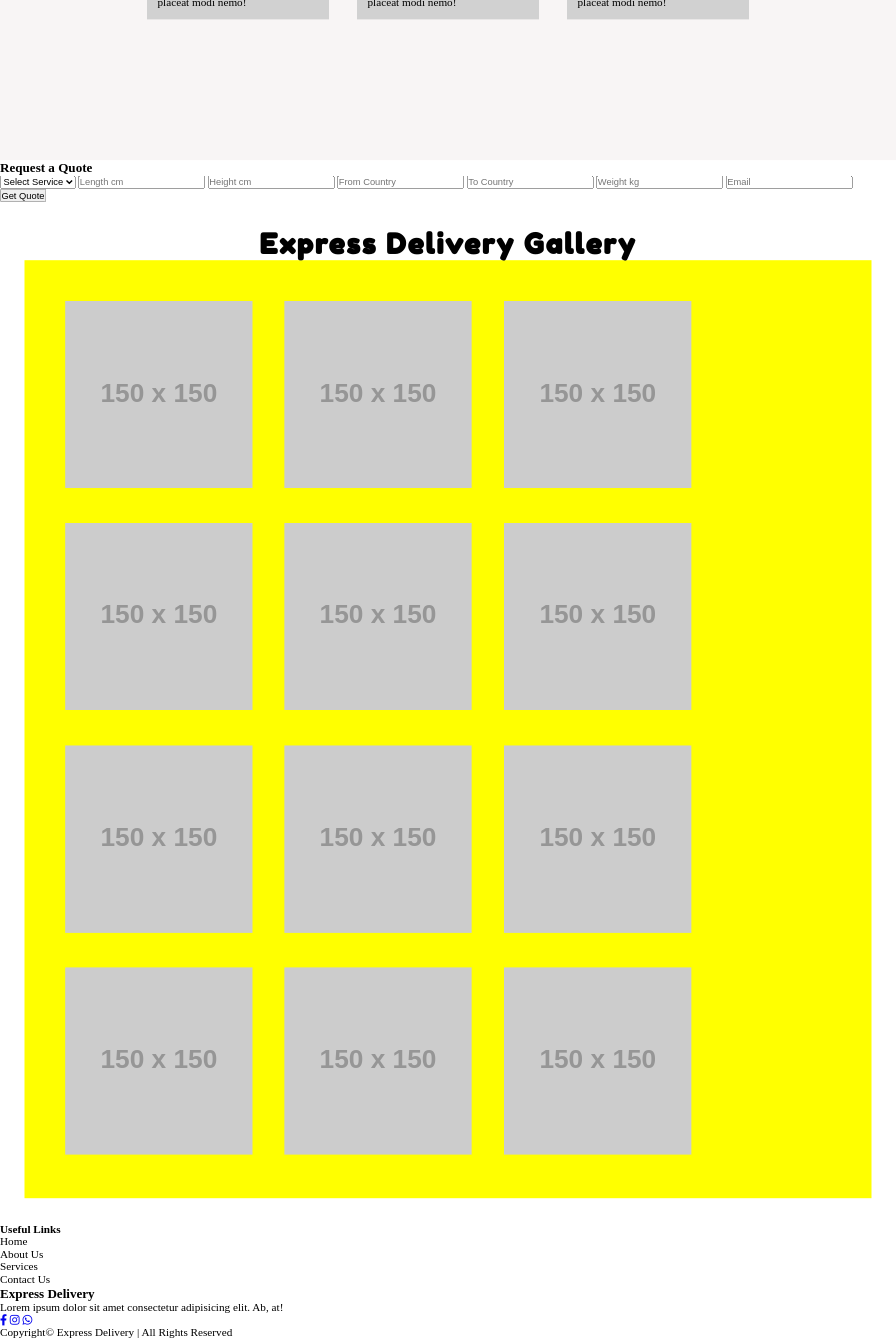
Repository: just-mann/express-delivery
Page: index.html
An editor plug-in stored every save of this project. The page is shown before and after the next save, followed by the edit.
The browser window is 1280 px wide. The pictures show the part of the page from y = 1214 to 3134 px (the page is 3127 px tall before and 3134 px after), at 70% of full size.
The style sheet was rebuilt from its Sass, Less or Tailwind sources for each picture, by a compiler version that may differ from the author's.

Above is the page before, as saved 2021-06-30 15:47:41.

### index.html
<!DOCTYPE html>
<html lang="en">
<head>
    <meta charset="UTF-8">
    <meta http-equiv="X-UA-Compatible" content="IE=edge">
    <meta name="viewport" content="width=device-width, initial-scale=1.0">
    <meta name="author" content="Justin Kollie">
    <meta name="description" content="Reliable shipping solutions across the U.S.">
    <link rel="stylesheet" href="/css/style.css">
    <link rel="stylesheet" href="https://cdnjs.cloudflare.com/ajax/libs/font-awesome/5.15.3/css/all.min.css" referrerpolicy="no-referrer" />
    <title>Express Delivery | Your trusted delivery system</title>
</head>
<body id="top">
    <header>
        <div class="top-section">
            <p><i class="fas fa-headphones"></i> 401 123 4567</p>
            <p class="emailAdd"><i class="fas fa-envelope"></i> expressdelivery@email.com</p>
            <p><i class="fas fa-map-marker-alt"></i> Providence, RI</p>
        </div>
        <nav>
            <a href="#" class="logo"><span>Express</span>Delivery</a>
            <div class="nav__links">
                <a href="#">Home</a>
                <a href="#">About</a>
                <a href="#">Services</a>
                <a class="quoteGet" href="#contact-us">Get a Quote</a>
            </div>
        </nav>
        <section class="hero__div">
            <div class="hero__section">
                <div class="hero__overlay">
                    <h2>Express Delivery</h2>
                    <p class="firstPara">Lorem ipsum, dolor sit amet consectetur adipisicing elit. Cumque, numquam.</p>
                    <p class="secondPara">Lorem ipsum dolor sit amet.</p>
                    <a href="#aboutUs">Scroll Down</a>
                </div>
            </div>
        </section>
    </header>
    <section class="product__description">

    </section>
    <section class="aboutUs" id="aboutUs">
        <h3>About Express Delivery</h3>
        <p>
            Lorem ipsum dolor sit amet consectetur adipisicing elit.
            Repellat consectetur alias sed dolores aspernatur asperiores!
        </p>
        <div class="about__card-div">
            <div class="card">
                <div class="imgDiv">
                    <img src="/images/container_ship.jpg" alt="card1">
                </div>
                <div>
                    <h4>Lorem ipsum dolor sit.</h4>
                    <h6>Lorem, ipsum.</h6>
                    <p>
                        Lorem ipsum dolor sit amet, consectetur adipisicing elit.
                        Laboriosam a excepturi minima tenetur error magnam incidunt
                        et expedita quo eveniet maxime sint, placeat modi nemo!
                    </p>
                </div>
            </div>
            <div class="card">
                <div class="imgDiv">
                    <img src="/images/container_ship.jpg" alt="card1">
                </div>
                <div>
                    <h4>Lorem ipsum dolor sit.</h4>
                    <h6>Lorem, ipsum.</h6>
                    <p>
                        Lorem ipsum dolor sit amet, consectetur adipisicing elit.
                        Laboriosam a excepturi minima tenetur error magnam incidunt
                        et expedita quo eveniet maxime sint, placeat modi nemo!
                    </p>
                </div>
            </div>
            <div class="card">
                <div class="imgDiv">
                    <img src="/images/container_ship.jpg" alt="card1">
                </div>
                <div>
                    <h4>Lorem ipsum dolor sit.</h4>
                    <h6>Lorem, ipsum.</h6>
                    <p>
                        Lorem ipsum dolor sit amet, consectetur adipisicing elit.
                        Laboriosam a excepturi minima tenetur error magnam incidunt
                        et expedita quo eveniet maxime sint, placeat modi nemo!
                    </p>
                </div>
            </div>
        </div>
    </section>
    <section class="contact" id="contact-us">
        <h3>Request a Quote</h3>
        <form action="">
            <select name="services" id="services">
                <option>Select Service</option>
                <option value="service1">Service 1</option>
                <option value="service2">Service 2</option>
                <option value="service3">Service 3</option>
                <option value="service4">Service 4</option>
            </select>
            <input type="text" placeholder="Length cm">
            <input type="text" placeholder="Height cm">
            <input type="text" name="country-from" id="country-from" placeholder="From Country">
            <input type="text" name="country-to" id="country-to" placeholder="To Country">
            <input type="text" name="weight" id="weight" placeholder="Weight kg">
            <input type="email" name="email" id="email" placeholder="Email">
            <input type="submit" value="Get Quote">
        </form>
    </section>
    <section class="gallery">
        <h3>Express Delivery Gallery</h3>
        <div class="gallery__div">
            <li><img src="https://placehold.co/150x150"></li>
            <li><img src="https://placehold.co/150x150"></li>
            <li><img src="https://placehold.co/150x150"></li>
            <li><img src="https://placehold.co/150x150"></li>
            <li><img src="https://placehold.co/150x150"></li>
            <li><img src="https://placehold.co/150x150"></li>
            <li><img src="https://placehold.co/150x150"></li>
            <li><img src="https://placehold.co/150x150"></li>
            <li><img src="https://placehold.co/150x150"></li>
            <li><img src="https://placehold.co/150x150"></li>
            <li><img src="https://placehold.co/150x150"></li>
            <li><img src="https://placehold.co/150x150"></li>
            <!-- <li><img src="https://placehold.co/10x10"></li> -->
        </div>
    </section>
    <footer class="footer">
        <section class="footer__top">
            <div class="usefulLinks">
                <h4>Useful Links</h4>
                <li>Home</li>
                <li>About Us</li>
                <li>Services</li>
                <li>Contact Us</li>
            </div>
            <div>
                <h3>Express Delivery</h3>
                <p>
                    Lorem ipsum dolor sit amet consectetur adipisicing elit. Ab, at!
                </p>
                <div class="social__links">
                    <a href="#"><i class="fab fa-facebook-f"></i></a>
                    <a href="#"><i class="fab fa-instagram"></i></a>
                    <a href="#"><i class="fab fa-whatsapp"></i></a>
                </div>
            </div>
        </section>
        <section class="footer__bottom">
            <p>Copyright&copy Express Delivery | All Rights Reserved</p>
        </section>
    </footer>
</body>
</html>

### Sass/style.scss
@import 'reset';
@import 'default__styles';
@import 'mixins';

body {
    position: relative;
}


header {
    .top-section {
        background: $secondary__color;
        color: $light__white;
        display: flex;
        justify-content: flex-start;
        align-items: center;
        // padding: 15px 0px;
        @include my_container;
        height: 45px;

        p {
            font-family: $third__font;
            font-size: 0.87rem;
            color: $dark__white;
            letter-spacing: 0.3px;
            margin: 0 10px;

            .emailAdd {
                border-left: 1px solid red;
                border-right: 1px solid red;
            }

            i {
                transition: 0.7s;
            }



            &:hover {
                i {
                    color: $primary__color;
                }
            }
        }
    }

    nav {
        // position: sticky;
        // top: 0;
        // left: 0;
        @include my_container;
        width: 100%;
        height: 95px;
        // padding: 0px 35px;
        background: $light__white;
        display: flex;
        justify-content: space-between;
        align-items: center;

        .logo {
            font-size: 2.3rem;
            color: $primary__color;
            font-weight: 450;
            letter-spacing: 1px;
            font-family: $primary__font;
            span {
                color: $secondary__color;
            }
        }

        .nav__links {
            a {
                color: $secondary__color;
                font-size: 1rem;
                margin: 0 15px;
                transition: 0.5s;
                font-family: $secondary__font;
                font-weight: 150;
                letter-spacing: 0.5px;

                &:hover {
                    color: $primary__color;
                }

            }

            .quoteGet {
                @include btn_style;
            }
        }
    }

    .hero__div {
        height: 90vh;
        z-index: 0;
        .hero__section {
            width: 100%;
            height: 100%;
            display: flex;
            justify-content: center;
            align-items: center;
            background: url('/images/heroImg.jpg') no-repeat center center / cover;

            .hero__overlay {
                // display: none;
                background: rgba(0, 0, 0, 0.678);
                height: 100%;
                width: 100%;
                display: flex;
                align-items: center;
                justify-content: center;
                flex-direction: column;
                color: $light__white;
                text-align: center;

                h2 {
                    font-size: 5rem;
                    margin-top: 30px;
                    font-family: $secondary__font;
                    font-weight: 90;
                }

                .firstPara {
                    font-family: $third__font;
                    font-size: 1.2rem;
                    font-weight: 300;
                    line-height: 1.4em;
                    margin: 30px 0px 6px 0px;
                    color: $dark__white;
                }
                .secondPara {
                    font-family: $third__font;
                    font-size: 1rem;
                    font-weight: 300;
                    line-height: 1.4em;
                    margin: 5px 0px;
                    color: $dark__white;
                }

                a {
                    @include btn_style;
                    margin: 80px 0px 5px 0px;
                }
            }
        }
    }
}





// About Us
.aboutUs {
    // @include my_container;
    max-width: 100%;
    min-height: 50vh;
    text-align: center;
    margin: 0px auto;
    padding-top: 30px;
    padding-bottom: 15px;
    background: rgb(248, 245, 245);

    h3 {

    }

    p {

    }

    .about__card-div {
        // background: yellow;
        max-width: 100%;
        margin: 0 auto;
        padding: 25px;
        display: grid;
        justify-content: center;
        align-items: center;
        grid-template-columns: repeat(3, 300px);

        .card {
            min-height: 500px;
            margin: 10px 20px;
            text-align: center;
            &:hover {
                // @include divShadow;
            }

            .imgDiv {
                min-height: 30%;
                padding: 0px;
            }

            img {
                width: 100%;
                min-height: 100%;
                object-fit: cover;
            }

            div {
                padding: 15px;
                margin: 0 auto;
                text-align: left;
                background: $dark__white;

                h4 {
                    font-size: 1.3rem;
                }

                h6 {

                }

                p {

                }
            }
        }
    }
}

.gallery {
    // min-height: 80vh;
    padding: 35px;
    text-align: center;

    h3 {
        font-family: $secondary__font;
        font-size: 2.5rem;
        // text-align: center;
        letter-spacing: 2.5px;
    }

    .gallery__div {
        @include ClearFix;
        padding: 35px;
        width: 100%;
        margin: 0 auto;
        text-align: center;
        background: yellow;

        li {
            @include grid(4, 2%);

            img {
                width: 100%;
            }
        }
    }



}

### Sass/default__styles.scss
// Google Fonts
@import url('https://fonts.googleapis.com/css2?family=Abel&family=Dancing+Script:wght@300&family=Fredoka+One&family=Permanent+Marker&family=Red+Hat+Text:wght@300&family=Roboto:wght@100&family=Sacramento&display=swap');



// Styles for items like buttons, links, lists, and colors, fonts, etc..

// Variables
$primary__color: #F34963;
$secondary__color: #560c88;
$light__white: #ffffff;
$dark__white: #d1d1d1;
$primary__font: 'Permanent Marker', cursive;
$secondary__font: 'Fredoka One', cursive;
$third__font: 'Red Hat Text', sans-serif;








html {
    scroll-behavior: smooth;
}

a {
    text-decoration: none;
}

ul, li {
    list-style: none;
}

### Sass/mixins.scss
// Button Mixin
@mixin btn_style {
    border: none;
    background: $primary__color;
    color: $light__white;
    padding: 10px 15px;
    font-family: $secondary__font;
    font-weight: 150;
    letter-spacing: 1px;

    &:hover {
        color: $light__white;
        cursor: pointer;
    }
}

@mixin divShadow {
    box-shadow: -1px -3px 46px 16px rgba(0,0,0,0.23);
        -webkit-box-shadow: -1px -3px 46px 16px rgba(0,0,0,0.23);
        -moz-box-shadow: -1px -3px 46px 16px rgba(0,0,0,0.23);
}

@mixin my_container {
    padding: 0px 60px;
}

// ClearFix
@mixin ClearFix {
    &:after {
        content: "";
        display: block;
        clear: both;
    }
}


// Grid Mixin
@mixin grid($cols, $mgn) {
    float: left;
    margin: $mgn;
    width: ((100% - (($cols - 1) * $mgn)) / $cols);
    &::nth-child(#{$cols}n) {
        margin-right: 0;
    }
}

Loaded but not shown: Sass/reset.scss (common file)

After the next save:
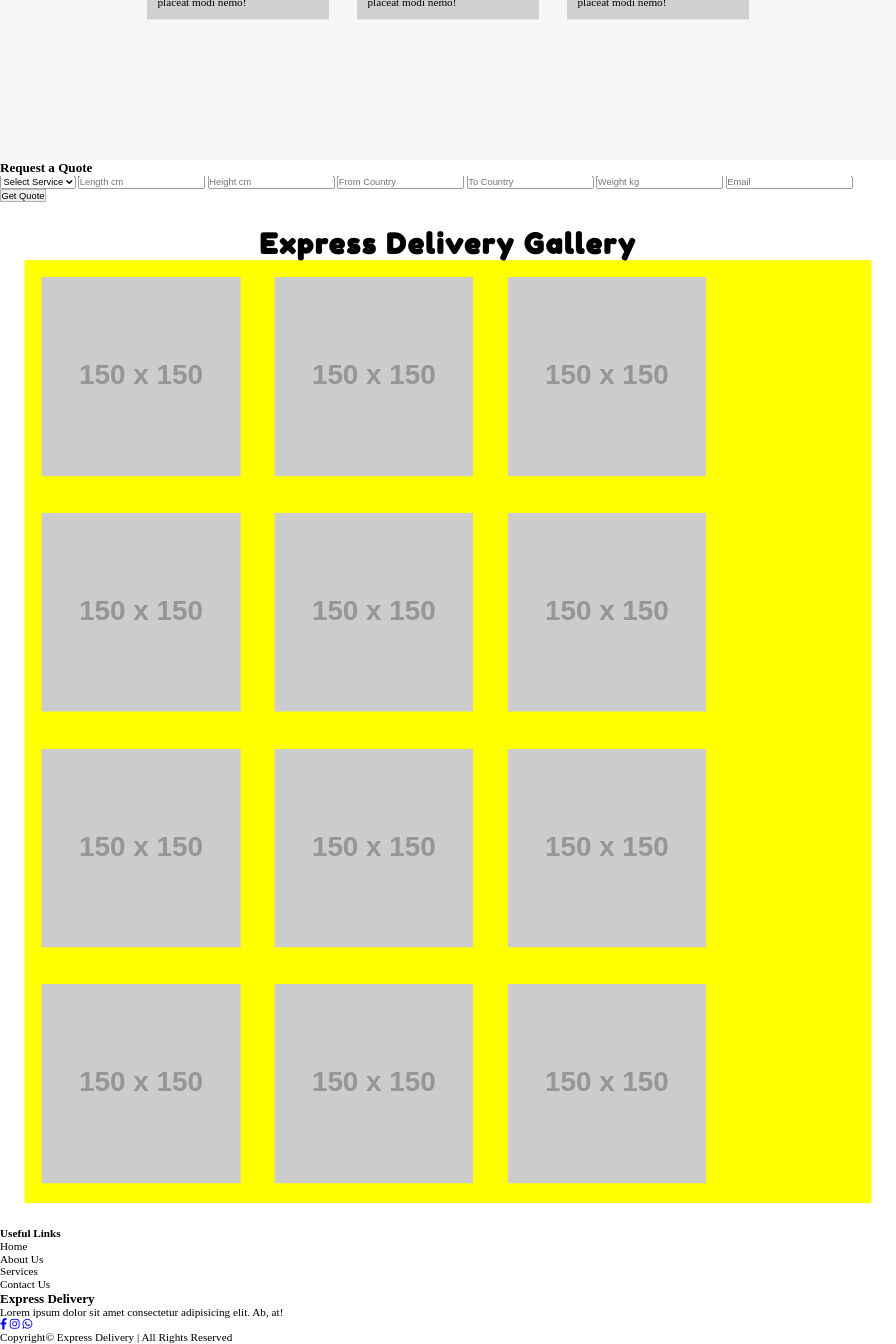
Saved 43 s later.
--- a/Sass/style.scss
+++ b/Sass/style.scss
@@ -234,7 +234,7 @@ header {
 
     .gallery__div {
         @include ClearFix;
-        padding: 35px;
+        // padding: 35px;
         width: 100%;
         margin: 0 auto;
         text-align: center;
